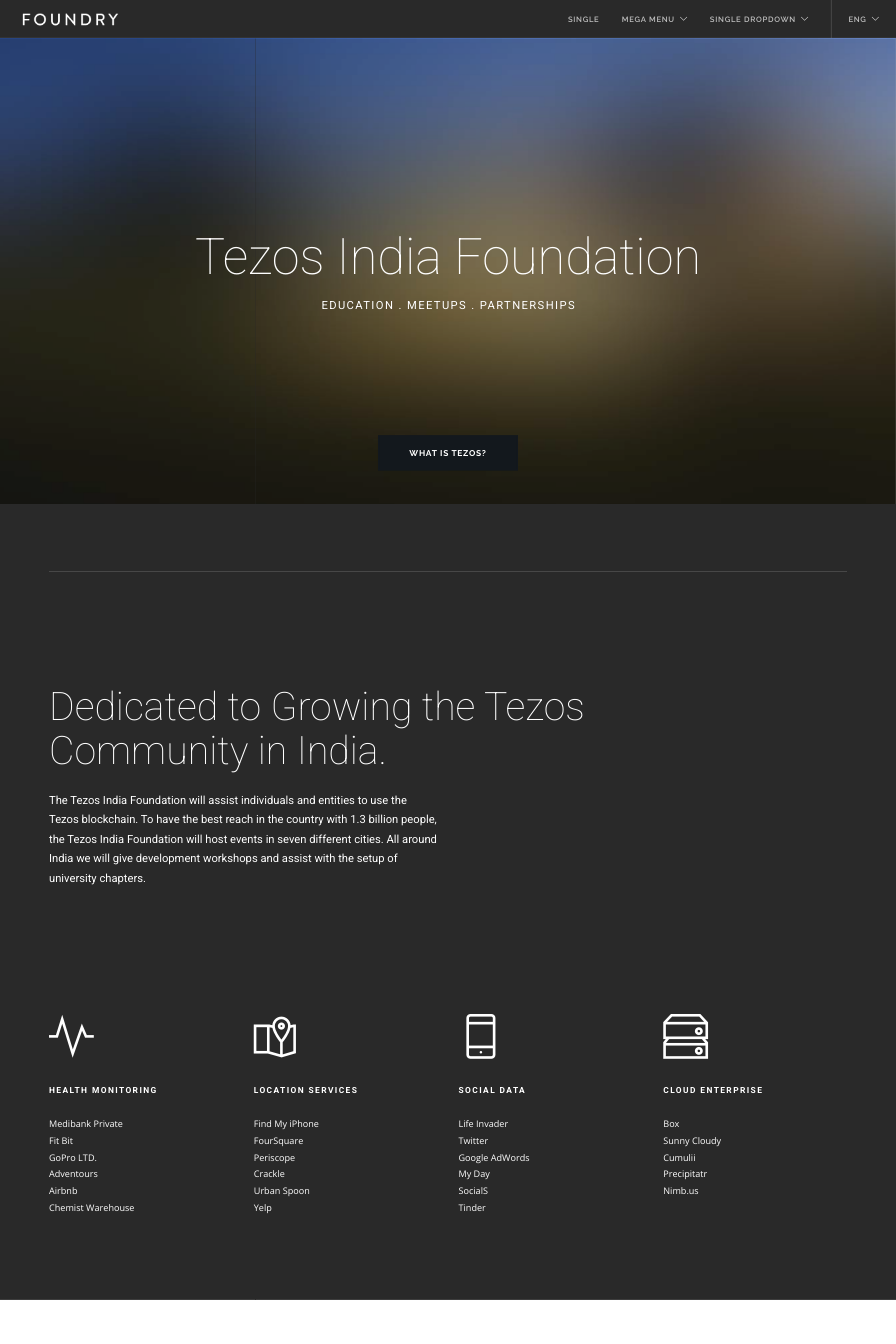
Repository: Tezos-India-Foundation/TIF-Website
Page: Tezos India Website/page.html
An editor plug-in stored every save of this project. The page is shown before and after the next save, followed by the edit.
The browser window is 1280 px wide. The pictures show the part of the page from y = 0 to 1920 px (the page is 4630 px tall), at 70% of full size.

Above is the page before, as saved 2019-08-06 15:07:28.

After the next save:
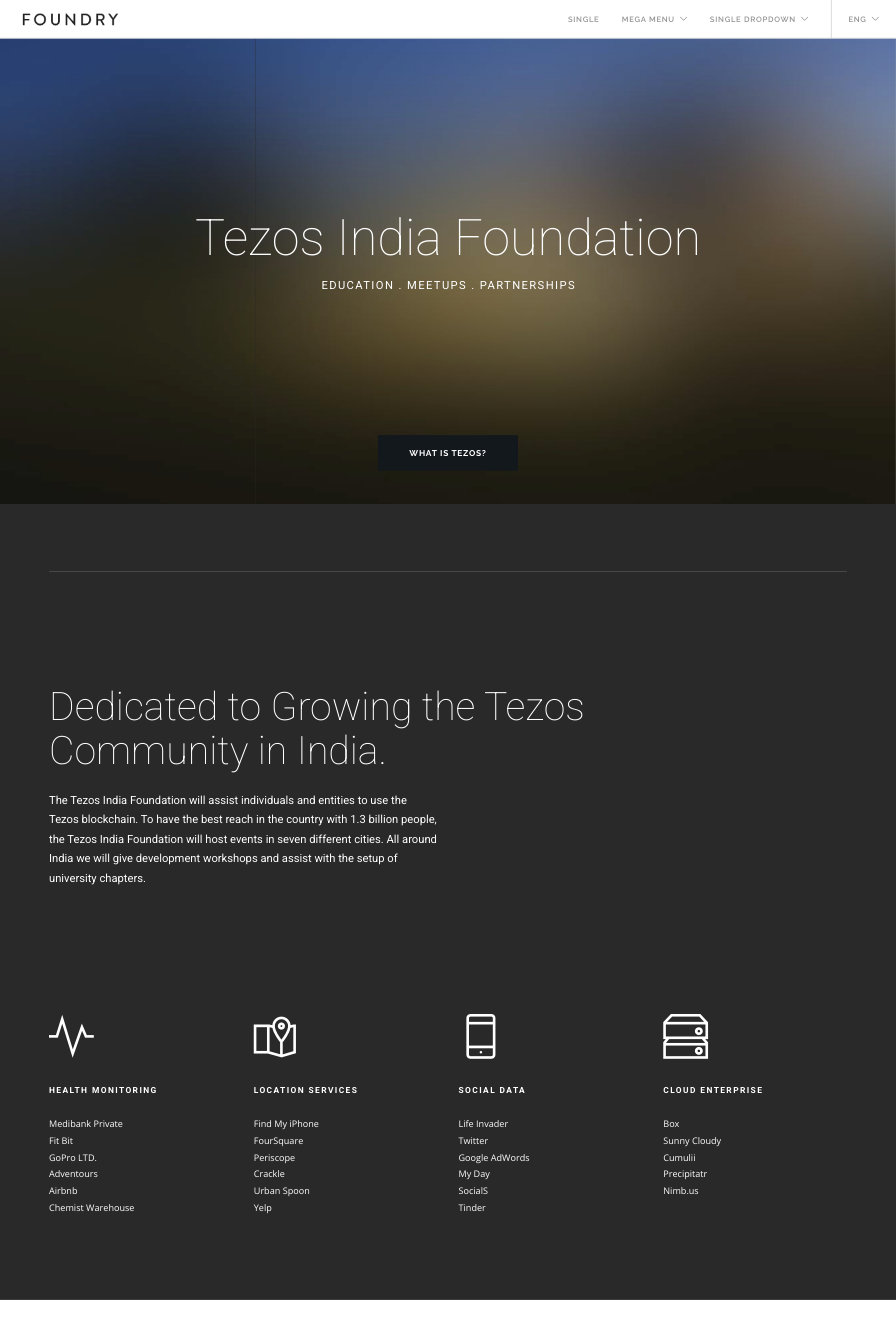
Saved 15 s later.
--- a/Tezos India Website/page.html
+++ b/Tezos India Website/page.html
@@ -22,7 +22,7 @@
 
 
 
-		    <nav class="bg-dark .absolute">
+			<nav class="absolute">
 		        <div class="nav-bar">
 		            <div class="module left">
 		                <a href="index.html">
